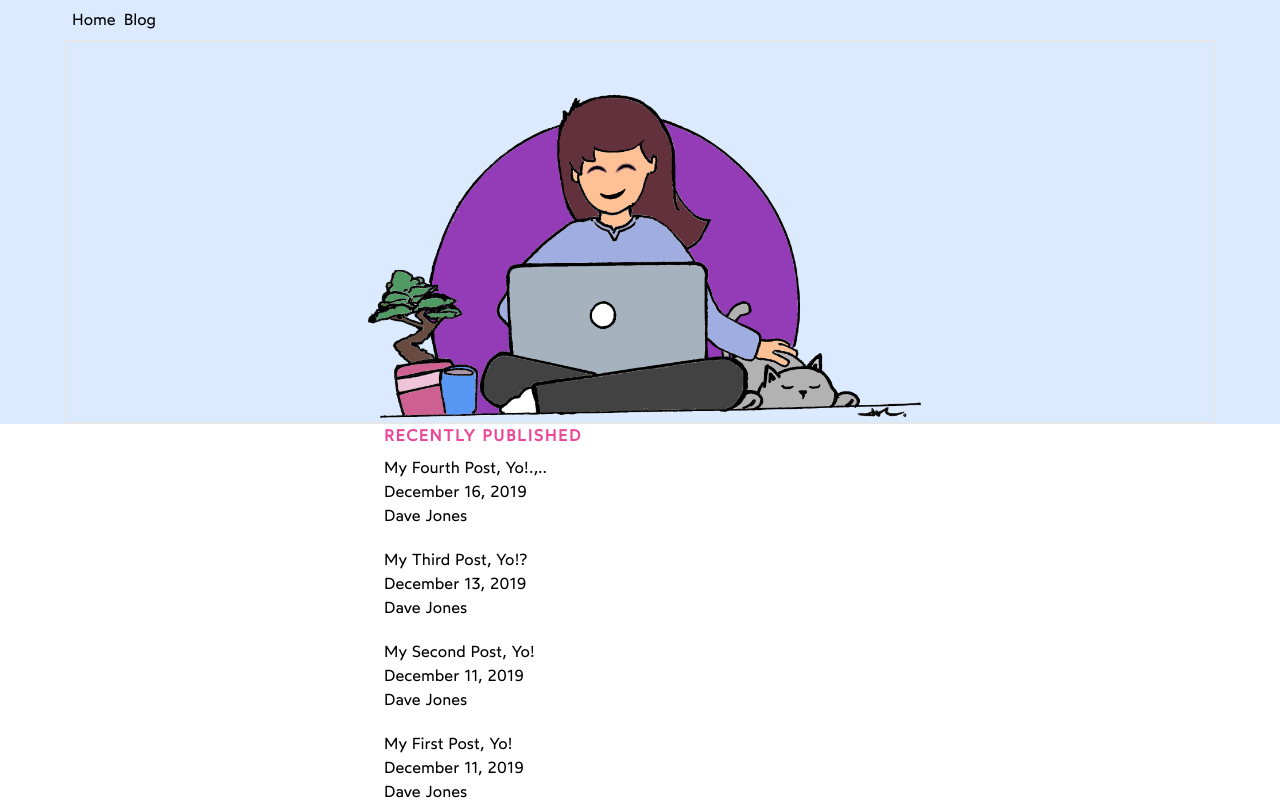
Repository: Risclover/markdown-blog
Page: /
These files come from the project's save history. The page is drawn as it stood at one moment and after the next save; the edit follows.
The browser window is 1280 px wide. The pictures show the whole page.
The project was rebuilt for these pictures with package versions that can differ from the ones it lists, and the page was loaded fresh each time.

Above is the page before, as saved 2023-06-28 12:11:03.

After the next save:
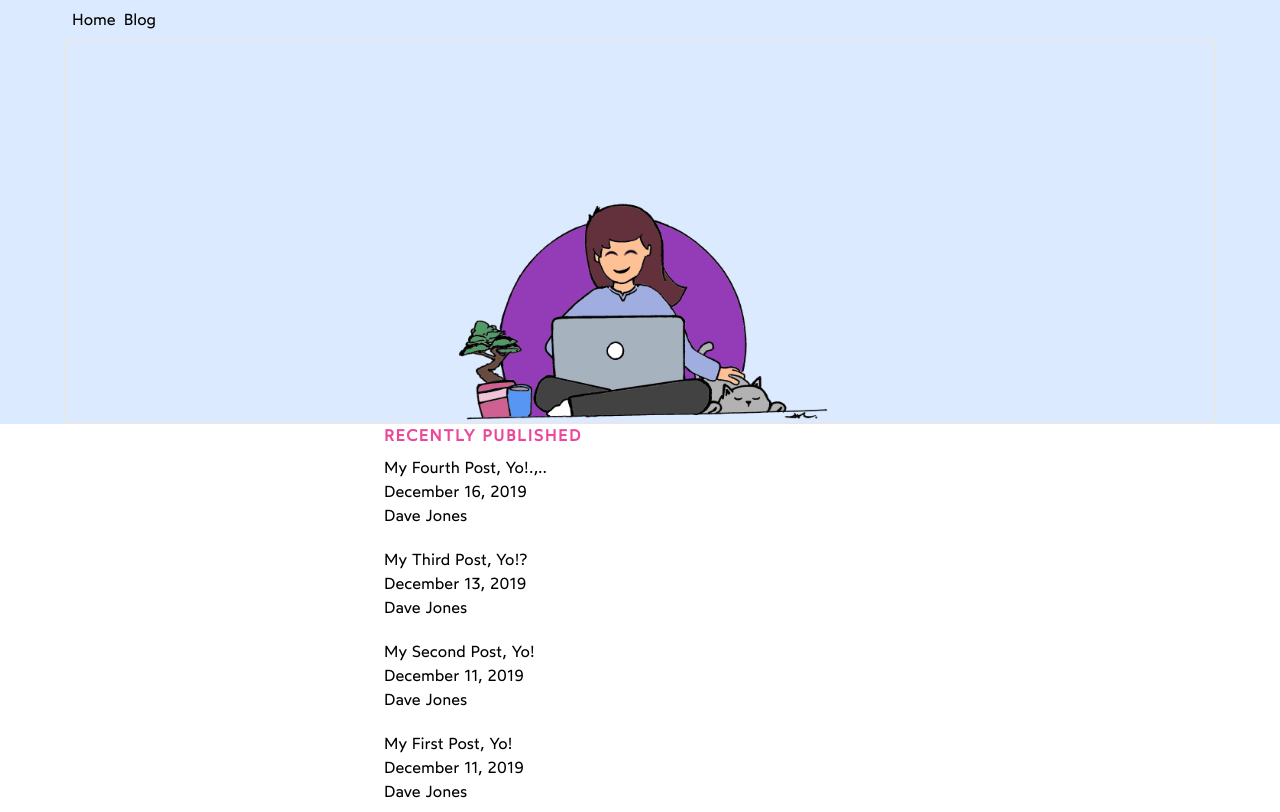
Saved 4 s later.
--- a/src/components/HomeHeader.js
+++ b/src/components/HomeHeader.js
@@ -4,7 +4,7 @@ export default function HomeHeader() {
   return (
     <div className="h-96 bg-blue-100 flex flex-col justify-end border-2 border-red">
       <div>
-        <img className="w-3/6 m-auto border-black-4" src={Avatar} />
+        <img className="w-1/3 m-auto border-black-4" src={Avatar} />
       </div>
     </div>
   );
